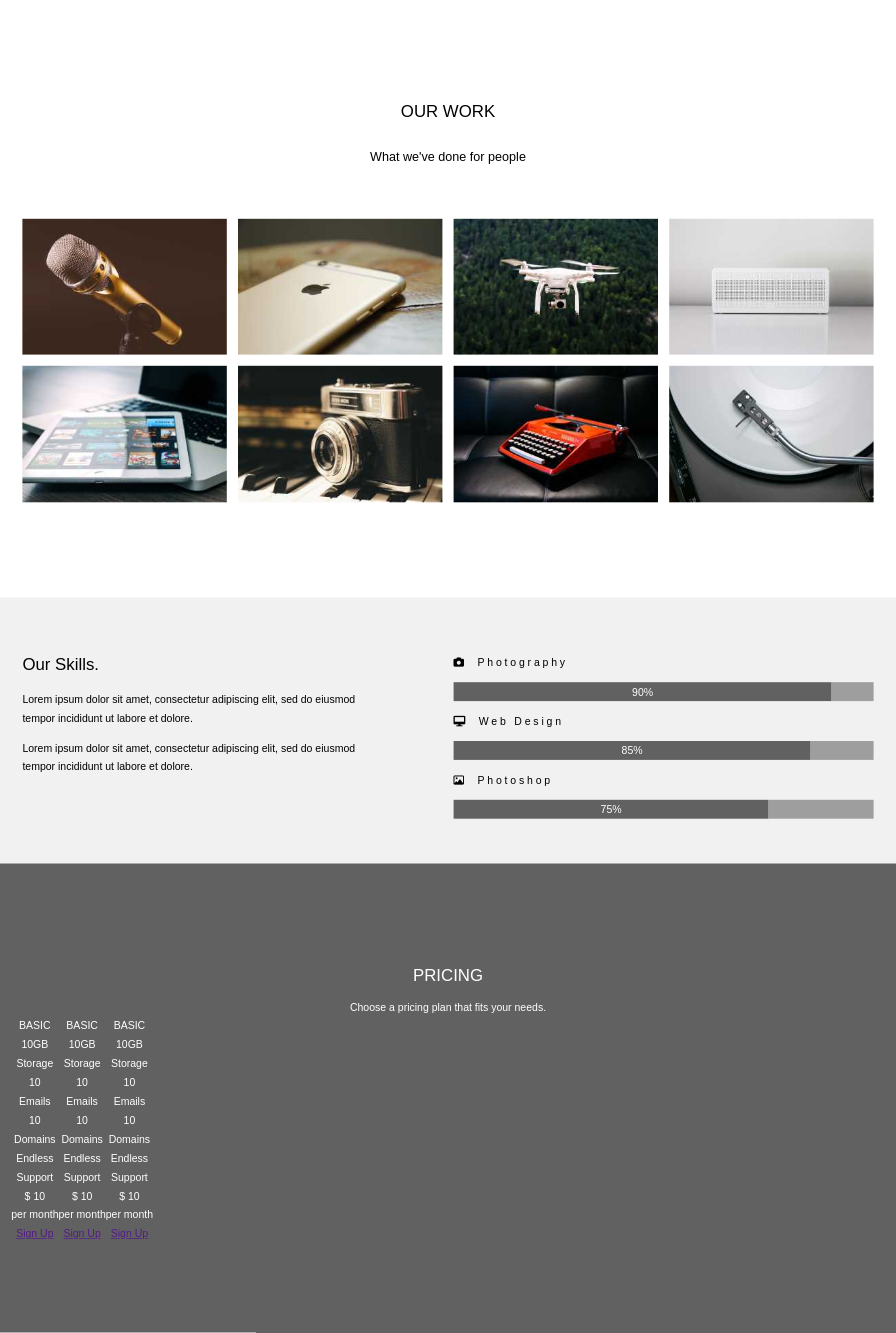
Repository: husterDC/Test
Page: index.html
The author's editor kept a copy of each file at every save. The page is drawn from the files as they stood at one save, then again after the next save.
The browser window is 1280 px wide. The pictures show the part of the page from y = 3391 to 5311 px (the page is 5295 px tall before and 5311 px after), at 70% of full size.

Above is the page before, as saved 2022-10-14 11:08:20.

After the next save:
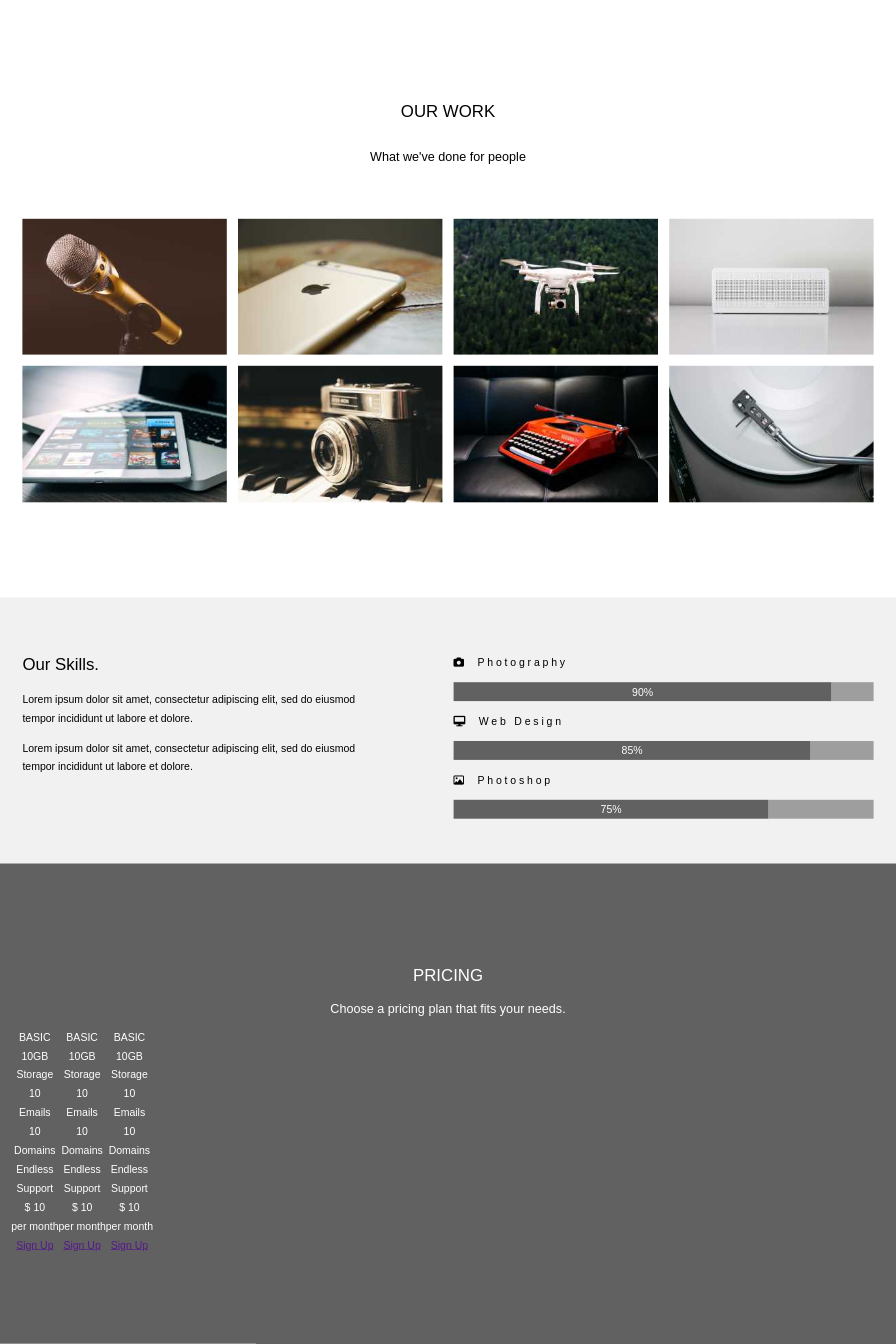
Saved 39 s later.
--- a/assets/style.css
+++ b/assets/style.css
@@ -337,6 +337,10 @@
     font-size: 24px;
     margin: 10px 0;
 }
+.container_pricing-dec {
+    font-size: 18px;
+    margin: 10px 0;
+}
 .container_pricing-list {
     display: flex;
 }
